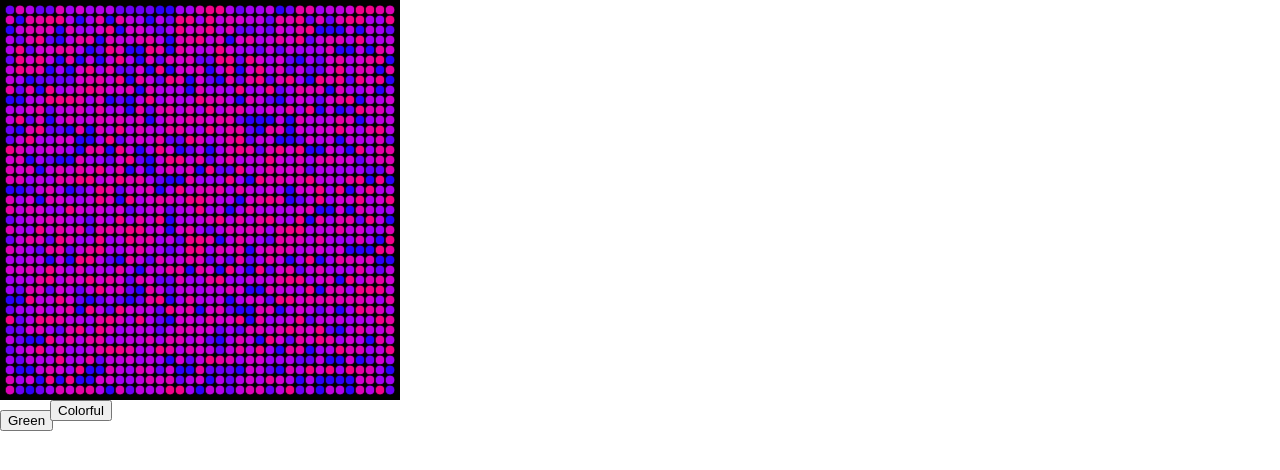
Repository: patriciqa/GenComp
Page: content/day02/pattern/index.html
An editor plug-in stored every save of this project. The page is shown before and after the next save, followed by the edit.
The browser window is 1280 px wide. The pictures show the whole page.

Above is the page before, as saved 2021-09-30 11:57:50.

### content/day02/pattern/index.html
<!DOCTYPE html>
<html lang="en">
  <head>
    <meta charset="utf-8" />
    <meta name="viewport" content="width=device-width, initial-scale=1.0">

    <title>Sketch</title>

    <link rel="stylesheet" type="text/css" href="style.css">

    <script src="libraries/p5.min.js"></script>
    <script src="libraries/p5.sound.min.js"></script>
  </head>

  <body>
    <script src="circlePattern.js"></script>
  </body>
</html>

### content/day02/pattern/style.css
html, body {
  margin: 0;
  padding: 0;
}

canvas {
  display: block;
}

### content/day02/pattern/circlePattern.js
// /* CSS HEX */
// --blue: #2d00f7ff;
// --electric-indigo: #6a00f4ff;
// --electric-violet: #8900f2ff;
// --purple-x-11: #a100f2ff;
// --purple-x-11-2: #b100e8ff;
// --electric-purple: #bc00ddff;
// --steel-pink: #d100d1ff;
// --steel-pink-2: #db00b6ff;
// --fashion-fuchsia: #e500a4ff;
// --magenta-process: #f20089ff;
let CSS_COLOR_PURPLE = [
  '#2d00f7ff',
  '#6a00f4ff',
  '#a100f2ff',
  '#b100e8ff',
  '#bc00ddff',
  ' #d100d1ff',
  '#db00b6ff',
  '#e500a4ff',
  '#f20089ff'
];
let CSS_COLOR_GREEN = ["#dad7cd","#a3b18a","#588157","#3a5a40","#344e41"];
let CSS_COLOR_COLORFUL = ["#ef476f","#ffd166","#06d6a0","#118ab2","#073b4c"]

let counter = 0
let color = CSS_COLOR_PURPLE;
function setup() {
  createCanvas(400, 400);
  stroke(0)
  frameRate(5)
  greenbButton = createButton('Green');
  greenbButton.position(0, 410);
  greenbButton.mousePressed(changeColor('green'));
  colorButton = createButton('Colorful');
  colorButton.position(50, 400);
  colorButton.mousePressed(changeColor('colorful'));
}

function draw() {
  background('black');
  for (let x = 10; x < width; x += 10) {
    for (let y = 10; y < height; y += 10) {
      stroke(0);
      let randomColor = color[Math.floor(Math.random()*color.length)];
      fill(randomColor);

      ellipse(x, y, 10, 10);
      counter++;
    }
  }
}
function changeColor(color) {
  if(color = 'green') {
    color = CSS_COLOR_GREEN;
  } else if (color='colorful') {
    color = CSS_COLOR_COLORFUL;

  }
}

Loaded but not shown: content/day02/pattern/libraries/p5.min.js (library); content/day02/pattern/libraries/p5.sound.min.js (library)

After the next save:
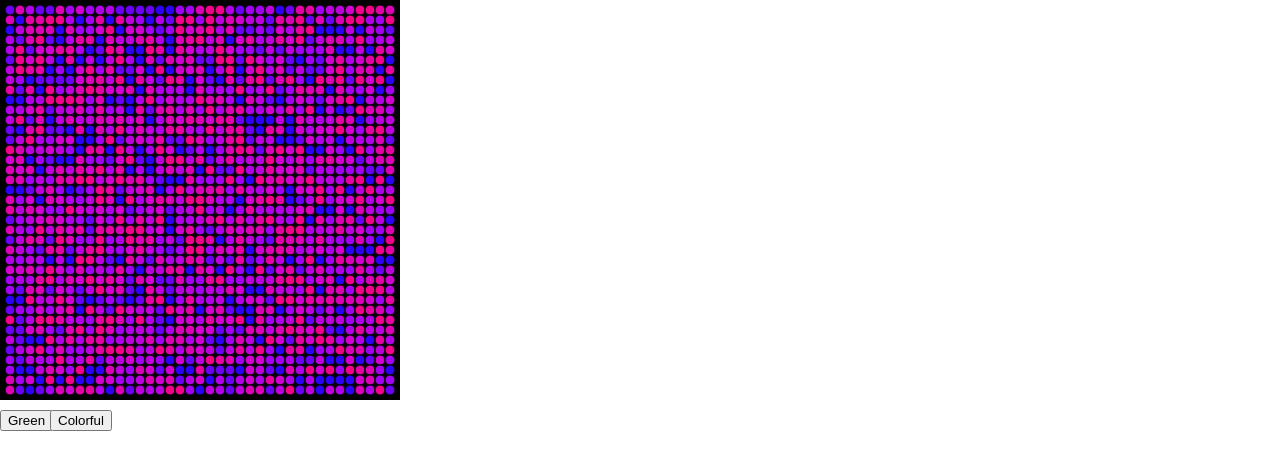
Saved 7 s later.
--- a/content/day02/pattern/circlePattern.js
+++ b/content/day02/pattern/circlePattern.js
@@ -33,7 +33,7 @@ function setup() {
   greenbButton.position(0, 410);
   greenbButton.mousePressed(changeColor('green'));
   colorButton = createButton('Colorful');
-  colorButton.position(50, 400);
+  colorButton.position(50, 410);
   colorButton.mousePressed(changeColor('colorful'));
 }
 
